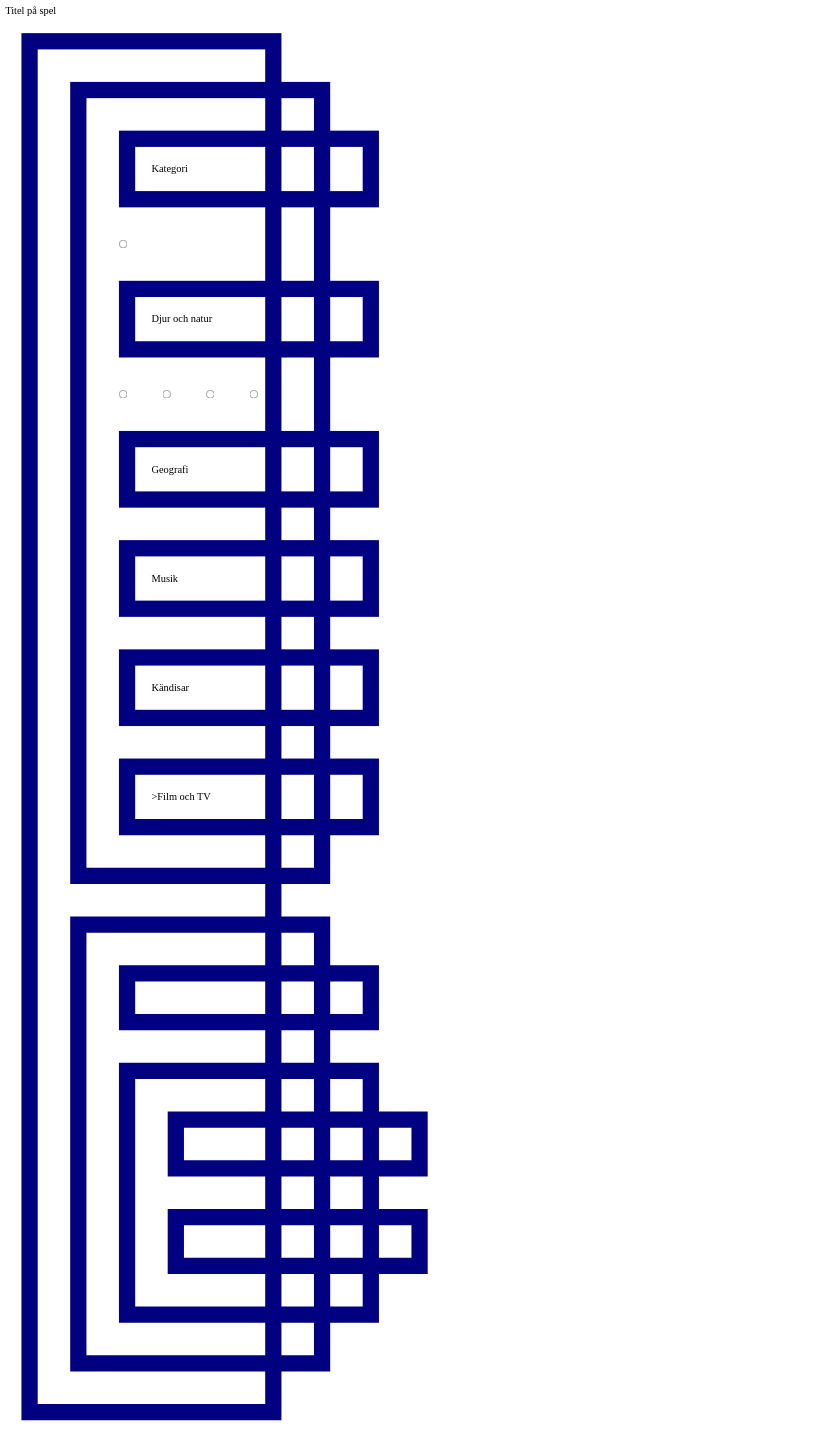
Repository: ed222gg/project2
Page: pages/start.html
The author's editor kept a record of every edit. The page is drawn from the files as they stood at one moment, then again after the next edit.
The browser window is 1280 px wide. The pictures show the whole page, at 65% of full size.

Above is the page before.

### pages/start.html
<!DOCTYPE html>
<html>

<head>
    <meta charset="utf-8" />
    <title>Index</title>
    <link rel="stylesheet" type="text/css" href="../css/style.css" />
</head>

<body>
    <header>Titel på spel</header>
    <main>
        <div id="container">
            <div id="CategoryTitle">Kategori</div>
            <div id="categories">
                <div><input type="radio" id="c0" name="category" value="0"><p>Djur och natur</p></div>
                <input type="radio" id="c1" name="category" value="1"><p>Geografi</p>
                <input type="radio" id="c2" name="category" value="2"><p>Musik</p>
                <input type="radio" id="c3" name="category" value="3"><p>Kändisar</p>
                <input type="radio" id="c4" name="category" value="4"><P>>Film och TV</p>
            </div>
        </div>
        <!-- <template id="tamplate"> -->
        <div id="gameLayout">
            <div id="topLayout"></div>
            <div id="bottomLayout">
                <div id="bottomLeft"></div>
            <div id="bottomRight"></div>
        </div>
        </div>
        <!-- </template> -->

    </main>
    <script src="../script/Game.js" type="text/javascript"></script>
</body>

</html>

<!-- main funktionen
   var template = document.querySelector('#template');
   var gameLayout = template.content.querySelector('#gameLayout').cloneNode(true);

   // om du vill hämta element i main funktionen
   gameLayout.questionP = gameLayout.querySelector('#question');
   gameLayout.questionP.innerHTML ='vem van vm 2011';

   // lägger ut allt
   container.appendChild(gameLayout);
   <--

### css/style.css
body{
    background: #FFFFFF;
}

main{float:left;
    margin-right:44px;
width: 300px;
    padding: 25px;
    border: 25px solid navy;
    margin: 25px;}
header{}
input{

    margin: 25px;}

#template{ }
#gameLayout{
    float:left;
    width: 300px;
    padding: 25px;
    border: 25px solid navy;
    margin: 25px;}
#topLayout{
      float:left;
      width: 300px;
    padding: 25px;
    border: 25px solid navy;
    margin: 25px;}
#bottomLayout{   float:left;width: 300px;
    padding: 25px;
    border: 25px solid navy;
    margin: 25px;}
#bottomLeft{  float:left; width: 300px;
    padding: 25px;
    border: 25px solid navy;
    margin: 25px;}
#bottomRight{   float:left;width: 300px;
    padding: 25px;
    border: 25px solid navy;
    margin: 25px;}



#categories{  float:left;
    margin: 0px;
    padding: 0px;
    list-style-type: none;
}


#container{  float:left;
     width: 300px;
    padding: 25px;
    border: 25px solid navy;
    margin: 25px;
}


#CategoryTitle{  float:left;
    width: 300px;
    padding: 25px;
    border: 25px solid navy;
    margin: 25px;

}
p{  float:left;
     width: 300px;
    padding: 25px;
    border: 25px solid navy;
    margin: 25px;
}

#test{}

### script/Game.js
"use strict"; //objekt.metod/egenskap(argument)

var Game= {

    pos: 0,
    categoryNr: undefined,
    test: undefined,
    testStatus: undefined,
    question: undefined,
    choice: undefined,
    choises: undefined,
    chA: undefined,
    chB: undefined,
    correct: 0,
    questionsArray: [],


    init: function() {
        var radios = document.getElementsByName('category'); // samla alla cetegoryelementen i en lista
        console.log(radios)

        for (var i = 0; i < radios.length; i++) {
            eventClick(i);
        }
        //funktionen eventclick som vi kallar på i forloopen ovan,
        //lägger en eventlistener på alla elementen i radios
        function eventClick(categoryId){
            radios[categoryId].addEventListener("click", function() {
            if (radios[categoryId].checked)
            {

                //nu har vi checkat samt vet vilket id categorin har. nu kan vi sätta rätt frågor. next step.
                //hmm hur var det jag hade tänkt nu då...
                console.log(categoryId)

            }


            });
        }



    },
};
//När sidan har laddads in så anropas init.
window.onload = Game.init;


 /* // main funktionen
   var template = document.querySelector('#template');
   var gameLayout = template.content.querySelector('#gameLayout').cloneNode(true);

   // om du vill hämta element i main funktionen
   gameLayout.questionP = gameLayout.querySelector('#question');
   gameLayout.questionP.innerHTML ='vem van vm 2011';

   // lägger ut allt
   container.appendChild(gameLayout);*/

After the next edit:
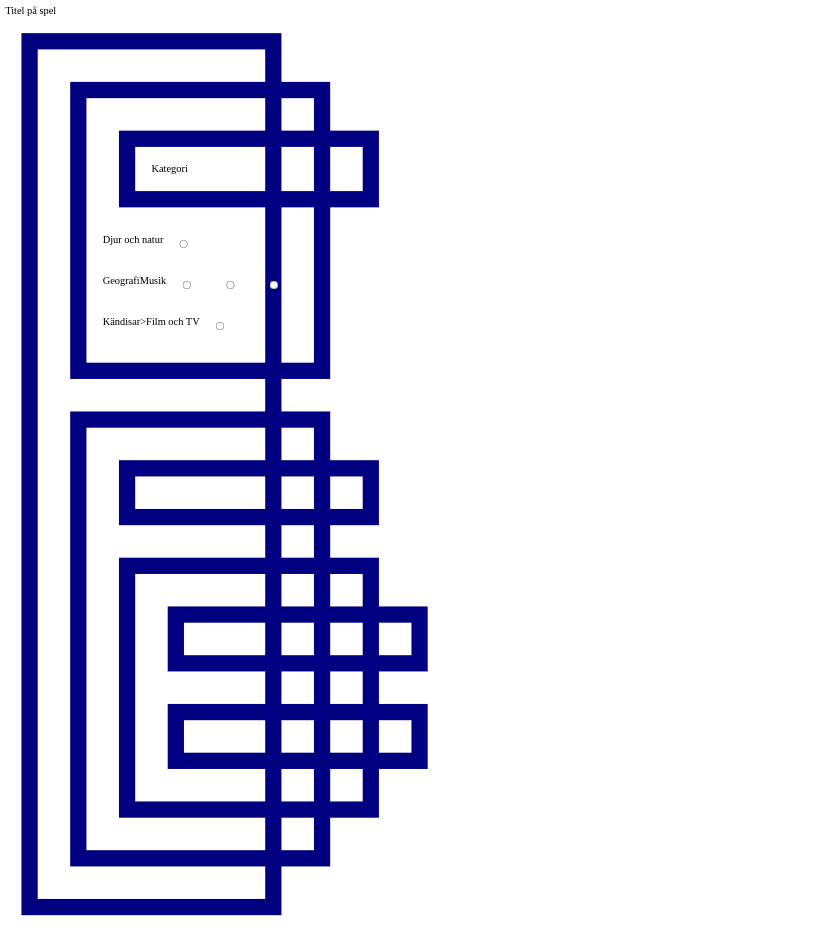
The edit:
--- a/css/style.css
+++ b/css/style.css
@@ -64,10 +64,7 @@
 
 }
 p{  float:left;
-     width: 300px;
-    padding: 25px;
-    border: 25px solid navy;
-    margin: 25px;
+
 }
 
 #test{}
